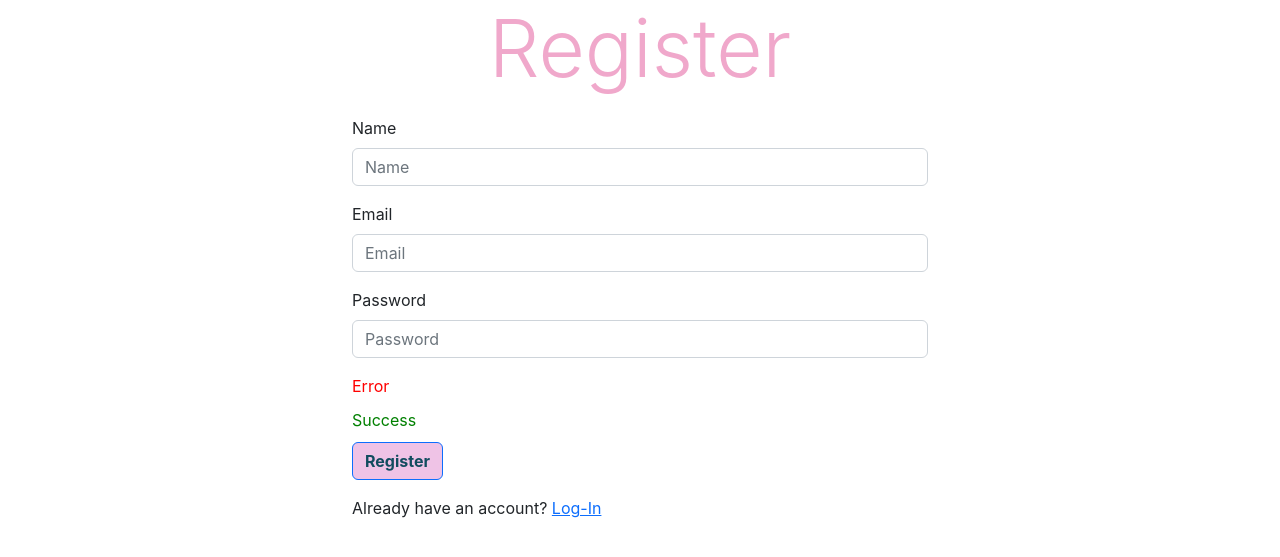
Repository: LolaSL/multi-niche-blog
Page: /register (app in frontend/)
The author's editor kept a copy of each file at every save. The page is drawn from the files as they stood at one save, then again after the next save.
The browser window is 1280 px wide. The pictures show the whole page.
The project was rebuilt for these pictures with package versions that can differ from the ones it lists, and the page was loaded fresh each time. Also part of the build but not shown: frontend/src/pages/Login.jsx, frontend/src/pages/Post.jsx, frontend/src/pages/CreatePost.jsx, frontend/src/pages/Home.jsx, frontend/src/components/Navbars.jsx, frontend/src/components/Footer.jsx.

Above is the page before, as saved 2023-01-29 09:38:01.

### frontend/public/index.html
<!DOCTYPE html>
<html lang="en">
  <head>
    <meta charset="utf-8" />
    <link rel="icon" href="%PUBLIC_URL%/favicon.ico" />
    <meta name="viewport" content="width=device-width, initial-scale=1" />
    <meta name="theme-color" content="#000000" />
    <meta
      name="description"
      content="Web site created using create-react-app"
    />
    <link rel="apple-touch-icon" href="%PUBLIC_URL%/logo192.png" />
    <!--
      manifest.json provides metadata used when your web app is installed on a
      user's mobile device or desktop. See https://developers.google.com/web/fundamentals/web-app-manifest/
    -->
    <link rel="manifest" href="%PUBLIC_URL%/manifest.json" />
    <link rel="stylesheet" href="https://cdn.jsdelivr.net/npm/bootstrap@5.2.3/dist/css/bootstrap.min.css"
    integrity="sha384-rbsA2VBKQhggwzxH7pPCaAqO46MgnOM80zW1RWuH61DGLwZJEdK2Kadq2F9CUG65" crossorigin="anonymous" />
  <link rel="stylesheet" href="https://cdnjs.cloudflare.com/ajax/libs/font-awesome/6.2.1/css/all.min.css" />
    <!--
      Notice the use of %PUBLIC_URL% in the tags above.
      It will be replaced with the URL of the `public` folder during the build.
      Only files inside the `public` folder can be referenced from the HTML.

      Unlike "/favicon.ico" or "favicon.ico", "%PUBLIC_URL%/favicon.ico" will
      work correctly both with client-side routing and a non-root public URL.
      Learn how to configure a non-root public URL by running `npm run build`.
    -->
    <title>React App</title>
  </head>
  <body>
    <noscript>You need to enable JavaScript to run this app.</noscript>
    <div id="root"></div>
    <!--
      This HTML file is a template.
      If you open it directly in the browser, you will see an empty page.

      You can add webfonts, meta tags, or analytics to this file.
      The build step will place the bundled scripts into the <body> tag.

      To begin the development, run `npm start` or `yarn start`.
      To create a production bundle, use `npm run build` or `yarn build`.
    -->
  </body>
</html>

### frontend/src/index.css
body {
  margin: 0;
  font-family: -apple-system, BlinkMacSystemFont, "Segoe UI", "Roboto", "Oxygen",
    "Ubuntu", "Cantarell", "Fira Sans", "Droid Sans", "Helvetica Neue",
    sans-serif;
  -webkit-font-smoothing: antialiased;
  -moz-osx-font-smoothing: grayscale;
}

code {
  font-family: source-code-pro, Menlo, Monaco, Consolas, "Courier New",
    monospace;
}
.app {
  display: flex;
}
.link {
  text-decoration: none;
  color: inherit;
}
.container {
  width: 1124px;
}
/* Login & Registration */

h1 {
  font-size: 20px;
  color: hsl(331, 71%, 80%);
  margin-bottom: 20px;
}
.small-container {
  max-width: 600px;
}
.btn {
  background-color: hsl(312, 58%, 85%);
  font-weight: bold;
  color: hsl(195, 70%, 22%);
}
.btn:hover {
  background-color: hsl(264, 25%, 63%);
  font-weight: bold;
}

/* Navbar */
.logo-image {
  background-color: rgb(237, 203, 233);
  width: 40%;
  height: 40%;
  border-radius: 50%;
}
h6 {
  font-size: 16px;
  font-weight: 300;
  margin: 10px;
  color: hsl(205, 100%, 17%);
}
.navbar {
  padding: 10px 0;
  justify-content: space-between;
  width: 1124px;
}

.links {
  display: flex flex;
  align-items: center;
  gap: 15px;
}
.create {
  background-color: hsl(312, 58%, 85%);
  width: 60px;
  height: 60px;
  border-radius: 50%;
  display: flex;
  align-items: center;
  justify-content: center;
  font-weight: 600;
  border: 1px solid white;
  color: hsl(205, 100%, 17%);
}
.create:hover {
  color: white;
  background-color: hsl(331, 71%, 80%);
  border: 1px solid hsl(264, 25%, 63%);
  font-weight: 600;
}
/* Footer */
footer {
  margin-top: 100px;
  padding: 20px;
  background-color: hsl(312, 58%, 85%);
  display: flex;
  align-items: center;
  justify-content: space-between;
  font-size: 12px;
  color: hsl(205, 100%, 17%);
}
.footer-image {
  background-color: hsl(312, 58%, 85%);
  width: 10%;
  height: 10%;
  border-radius: 50%;
}

/* Home */
.posts {
  margin-top: 50px;
  display: flex;
  flex-direction: column;
  gap: 150px;
}
.post {
  display: flex;
  gap: 100px;
}
.post:nth-child(2n + 1) {
  flex-direction: row-reverse;
}

.post-image {
  flex: 2;
  position: relative;
}
.post-image::after {
  content: "";
  width: 100%;
  height: 100%;
  background-color: hsl(331, 71%, 80%);
  position: absolute;
  top: 20px;
  left: -20px;
  z-index: -1;
}

img {
  width: 100%;
  max-height: 400px;
  object-fit: cover;
}
.content {
  flex: 3;
  display: flex;
  flex-direction: column;
  justify-content: space-between;
}
h1 {
  font-size: 48px;
}

p {
  font-size: 18px;
}

button {
  width: max-content;
  padding: 10px 20px;
  border: none;
  cursor: pointer;
  /* background-color: white;
  border: 1px solid hsl(331, 71%, 80%);
  color: hsl(331, 71%, 80%); */
}

/* button:hover {
  border: 1px solid white;
  background-color: hsl(331, 71%, 80%);
  color: black;
} */

### frontend/src/App.js
import React from "react";
import { createBrowserRouter, RouterProvider, Outlet } from "react-router-dom";
import Register from './pages/Register';
import Login from './pages/Login';
import Post from './pages/Post';
import CreatePost from './pages/CreatePost';
import Home from './pages/Home';
import Navbars from "./components/Navbars";
import Footer from "./components/Footer";
import Container from "react-bootstrap/Container";

const Layout = () => {
  return(
    <>
    <Navbars />
    <Outlet/>
    <Footer />
    </>
  )
}
const router = createBrowserRouter([
  {
    path: "/", element: <Layout />,
    children: [
      { path: "/", element: <Home /> },
      { path: "/post/:id", element: <Post /> },
      { path: "/createpost", element: <CreatePost /> },
    ]

  },
  { path: "/register", element: <Register /> },
  { path: "/login", element: <Login /> },
]);

function App() {
  return (
    <div className="App">
      <Container className="container">
             <RouterProvider router={router}></RouterProvider>
</Container>


    </div>
  );
}




export default App;

### frontend/src/pages/Register.jsx
import React from 'react';
import Container from "react-bootstrap/Container";
import Form from "react-bootstrap/Form";
import Button from "react-bootstrap/Button";
import { Link, useLocation } from "react-router-dom";

const Register = () => {
    const { search } = useLocation();

    const redirectInUrl = new URLSearchParams(search).get("redirect");
    const redirect = redirectInUrl ? redirectInUrl : "/";
  return (
    <Container className="small-container">
    <div>
      <h1 className="font-weight-light display-1 text-center">Register</h1>
    </div>
          <Form
            //   onSubmit={(e) => onSubmit(e)}
          >
      <Form.Group className="mb-3">
        <Form.Label>Name</Form.Label>
        <Form.Control
        //   onChange={(e) => onChange(e)}
        //   value={values.name}
          id='email'
          name="name"
          placeholder='Name'
          className='form-control'
          required />
      </Form.Group>

      <Form.Group className="mb-3">
        <Form.Label>Email</Form.Label>
        <Form.Control
        //   onChange={(e) => onChange(e)}
          type="email"
          required
          id='email'
          name='email'
          className='form-control'
        //   value={values.email}
          placeholder='Email'
        />
      </Form.Group>
      <Form.Group className="mb-3" >
        <Form.Label>Password</Form.Label>
        <Form.Control
        // onChange={(e) => onChange(e)}
        type='password'
        // value={values.password}
          placeholder='Password'
          className='form-control'
          id='password'
          name='password'
        required
         autoComplete="new-password"
        />

      </Form.Group>
      <div style={{ color: 'red', margin: '10px 0' }}>Error</div>
      <div style={{ color: 'green', margin: '10px 0' }}>Success</div>
      <div className="mb-3">
        <Button type="submit">Register</Button>
      </div>
      <div className="mb-3">
        Already have an account?{" "}
        <Link to={`/login?redirect=${redirect}`}>Log-In</Link>
      </div>
    </Form>
  </Container>
);
};

export default Register;

Loaded but not shown: frontend/src/index.js (common file); frontend/src/reportWebVitals.js (common file)

After the next save:
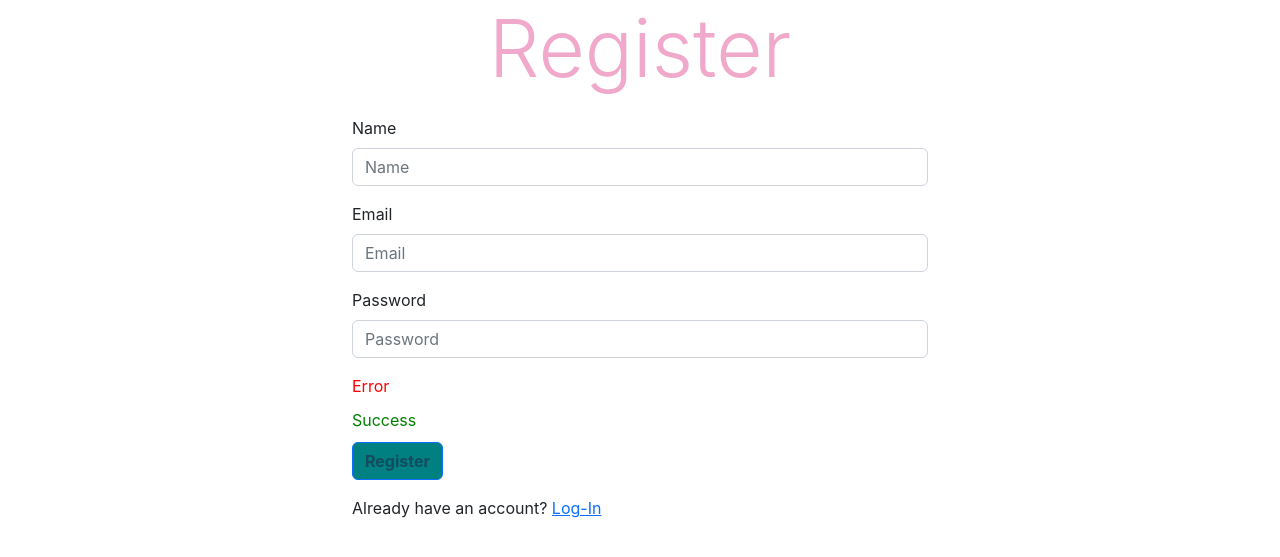
Saved 42 s later.
--- a/frontend/src/index.css
+++ b/frontend/src/index.css
@@ -32,7 +32,7 @@ h1 {
   max-width: 600px;
 }
 .btn {
-  background-color: hsl(312, 58%, 85%);
+  background-color: teal;
   font-weight: bold;
   color: hsl(195, 70%, 22%);
 }
